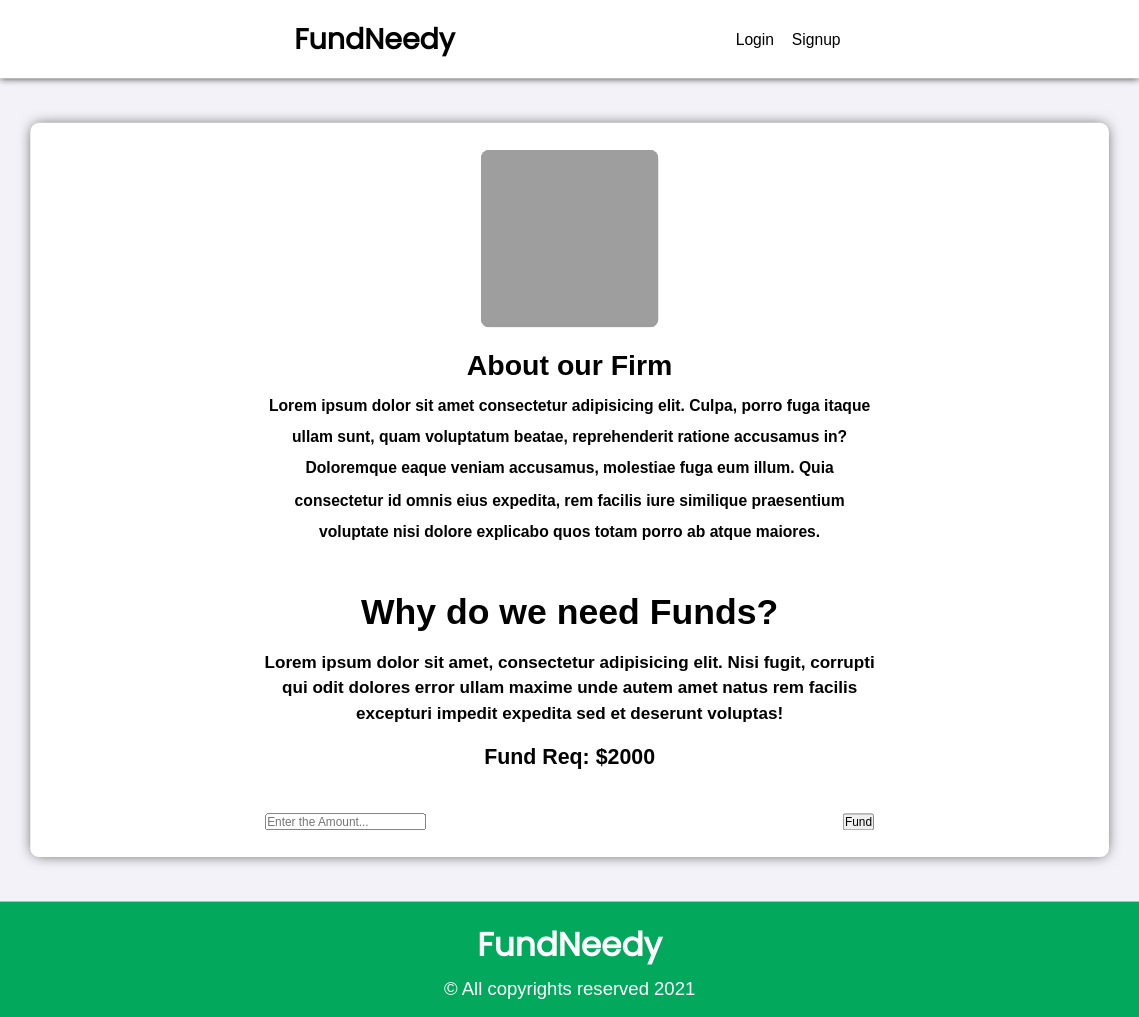
Repository: osdc/codejam
Page: /firmname (app in sassy-sandwiches/fund-needy/)
The author's editor kept a copy of each file at every save. The page is drawn from the files as they stood at one save, then again after the next save.
The browser window is 1280 px wide. The pictures show the whole page, at 89% of full size.
Pictures or frames that could not be fetched are drawn as grey boxes. The project was rebuilt for these pictures with package versions that can differ from the ones it lists, and the page was loaded fresh each time. Also part of the build but not shown: sassy-sandwiches/fund-needy/src/Showcase.css, sassy-sandwiches/fund-needy/src/Showcase.js, sassy-sandwiches/fund-needy/src/Needies.css, sassy-sandwiches/fund-needy/src/Needy.css, sassy-sandwiches/fund-needy/src/Needy.js, sassy-sandwiches/fund-needy/src/Needies.js.

Above is the page before, as saved 2021-01-09 22:30:15.

After the next save:
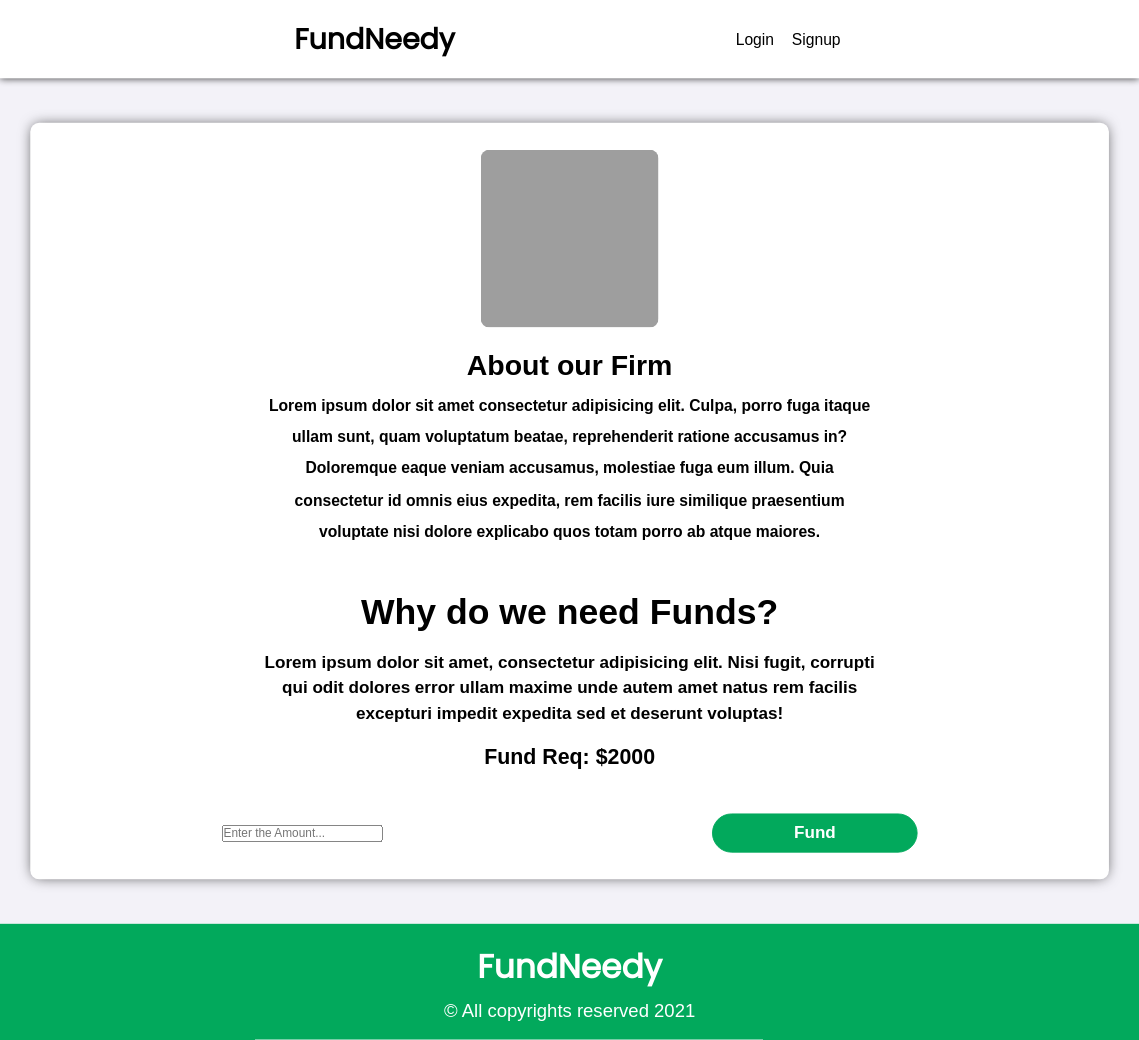
Saved 16 s later.
--- a/sassy-sandwiches/fund-needy/src/FirmFund.css
+++ b/sassy-sandwiches/fund-needy/src/FirmFund.css
@@ -55,7 +55,7 @@
   margin-top: 50px;
 }
 
-.firmFund_fund > button {
+.firmFund_fund > form > button {
   font-size: 1.2rem;
   width: 20%;
   border-radius: 30px;
